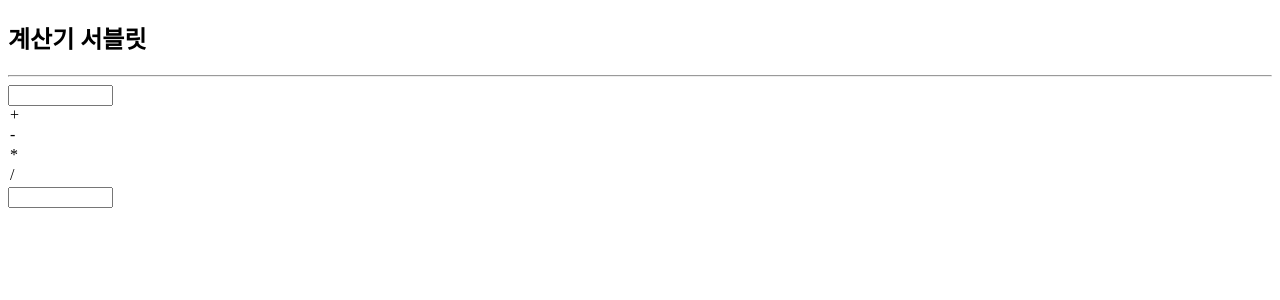
Repository: heezzanggg/JSPWebProgramming
Page: JSPWebProgramming/jwbook/src/main/webapp/ch05/calcForm.html
The author's editor kept a copy of each file at every save. The page is drawn from the files as they stood at one save, then again after the next save.
The browser window is 1280 px wide. The pictures show the whole page.

Above is the page before, as saved 2023-03-27 16:13:54.

### JSPWebProgramming/jwbook/src/main/webapp/ch05/calcForm.html
<!DOCTYPE html>
<html>
<head>
<meta charset="UTF-8">
<title>Simple Calculator</title>
</head>
<body>
	<h2>계산기 서블릿</h2>
	<hr>
	<form method="post" action="/jwbook/calc">
		<input type="text" name="n1" size="10">
		<selct name="op">
			<option>+</option>
			<option>-</option>
			<option>*</option>
			<option>/</option>
		</selct>
		<input type="text" name="n2" size="10">
	</form>

</body>
</html>

After the next save:
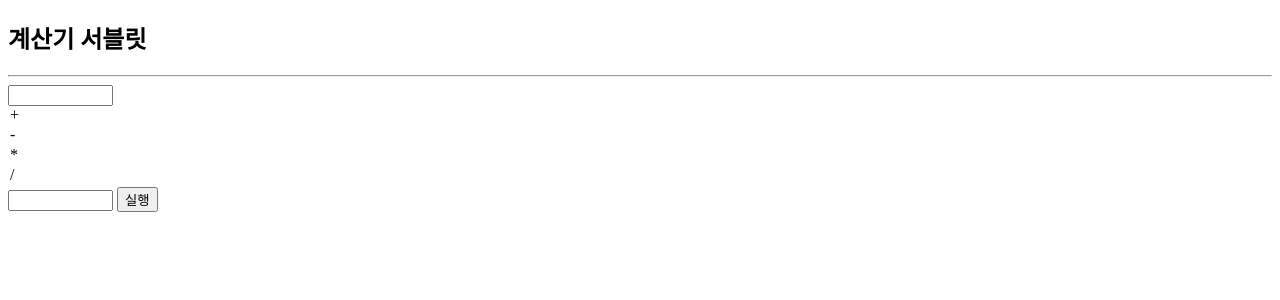
Saved 32 s later.
--- a/JSPWebProgramming/jwbook/src/main/webapp/ch05/calcForm.html
+++ b/JSPWebProgramming/jwbook/src/main/webapp/ch05/calcForm.html
@@ -16,6 +16,7 @@
 			<option>/</option>
 		</selct>
 		<input type="text" name="n2" size="10">
+		<input type="submit" value="실행">
 	</form>
 
 </body>
